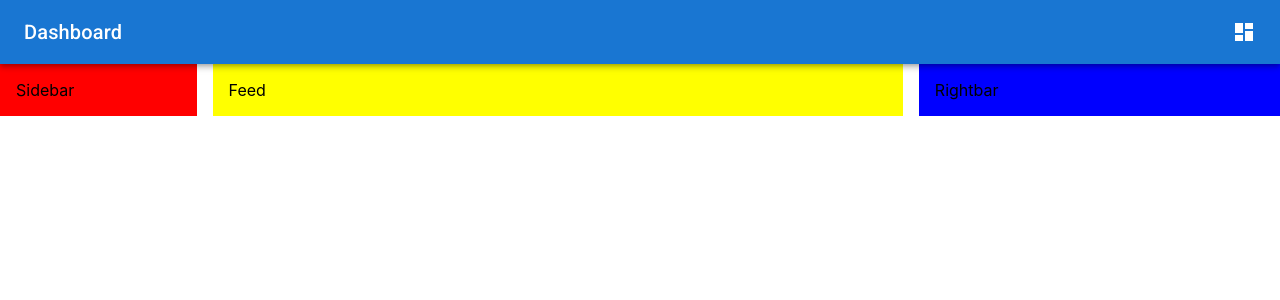
Repository: abubaker-cs/mui5_dashboard
Page: /
An editor plug-in stored every save of this project. The page is shown before and after the next save, followed by the edit.
The browser window is 1280 px wide. The pictures show the whole page.
The project was rebuilt for these pictures with package versions that can differ from the ones it lists, and the page was loaded fresh each time. Also part of the build but not shown: src/App.css.

Above is the page before, as saved 2022-07-17 05:57:55.

### public/index.html
<!DOCTYPE html>
<html lang="en">
  <head>
    <meta charset="utf-8" />
    <link rel="icon" href="%PUBLIC_URL%/favicon.ico" />
    <meta name="viewport" content="width=device-width, initial-scale=1" />
    <meta name="theme-color" content="#000000" />
    <meta
      name="description"
      content="Web site created using create-react-app"
    />
    <link rel="apple-touch-icon" href="%PUBLIC_URL%/logo192.png" />

    <link rel="manifest" href="%PUBLIC_URL%/manifest.json" />
    <link
      rel="stylesheet"
      href="https://fonts.googleapis.com/css?family=Roboto:300,400,500,700&display=swap"
    />
    <link
      rel="stylesheet"
      href="https://fonts.googleapis.com/icon?family=Material+Icons"
    />

    <title>React App</title>
  </head>
  <body>
    <noscript>You need to enable JavaScript to run this app.</noscript>
    <div id="root"></div>
  </body>
</html>

### src/App.js
import "./App.css";
import Sidebar from "./components/Sidebar";
import Feed from "./components/Feed";
import Rightbar from "./components/Rightbar";
import { Box, Stack } from "@mui/material";
import Navbar from "./components/Navbar";

function App() {
  return (
    <Box>
      <Navbar />
      <Stack direction="row" spacing={2} justifyContent="space-evenly">
        <Sidebar />
        <Feed />
        <Rightbar />
      </Stack>
    </Box>
  );
}

export default App;

### src/components/Sidebar.jsx
import { Box } from "@mui/material";
import React from "react";

const Sidebar = () => {
  return (
    <Box
      bgcolor="red"
      flex={1}
      p={2}
      sx={{ display: { xs: "none", sm: "block" } }}
    >
      Sidebar
    </Box>
  );
};

export default Sidebar;

### src/components/Feed.jsx
import { Box } from "@mui/material";
import React from "react";

const Feed = () => {
  return (
    <Box bgcolor="yellow" flex={4} p={2}>
      Feed
    </Box>
  );
};

export default Feed;

### src/components/Rightbar.jsx
import { Box } from "@mui/material";
import React from "react";

const Rightbar = () => {
  return (
    <Box
      bgcolor="blue"
      flex={2}
      p={2}
      sx={{ display: { xs: "none", sm: "block" } }}
    >
      Rightbar
    </Box>
  );
};

export default Rightbar;

### src/components/Navbar.jsx
import { Dashboard } from "@mui/icons-material";
import { AppBar, Toolbar, styled, Typography } from "@mui/material";
import React from "react";

// Base styles for custom Toolbar wrapper | flex justify = space-between
const StyledToolbar = styled(Toolbar)({
  display: "flex",
  justifyContent: "space-between",
});

//
const Search = styled("div")(({ theme }) => ({
  backgroundColor: "white",
}));

const Navbar = () => {
  return (
    <AppBar position="sticky">
      <StyledToolbar>
        <Typography
          variant="h6"
          sx={{
            display: {
              xs: "none",
              sm: "block",
            },
          }}
        >
          Dashboard
        </Typography>
        <Dashboard />
      </StyledToolbar>
    </AppBar>
  );
};

export default Navbar;

Loaded but not shown: src/index.js (common file); src/index.css (common file)

After the next save:
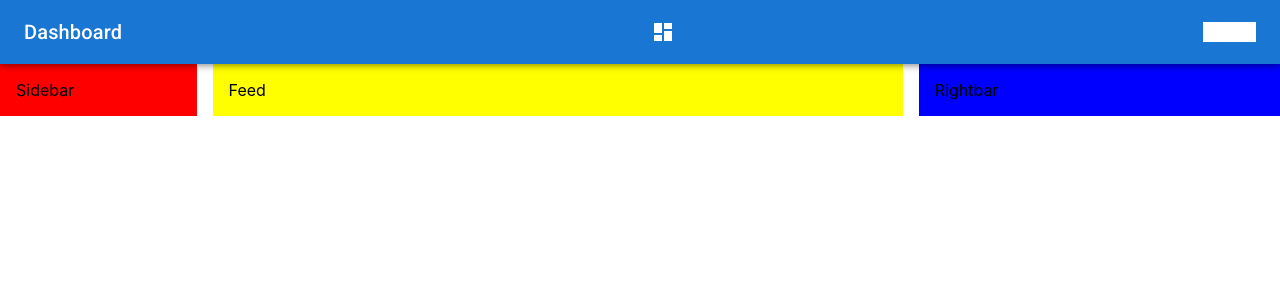
Saved 41 s later.
--- a/src/components/Navbar.jsx
+++ b/src/components/Navbar.jsx
@@ -29,6 +29,7 @@ const Navbar = () => {
           Dashboard
         </Typography>
         <Dashboard />
+        <Search>Search</Search>
       </StyledToolbar>
     </AppBar>
   );
